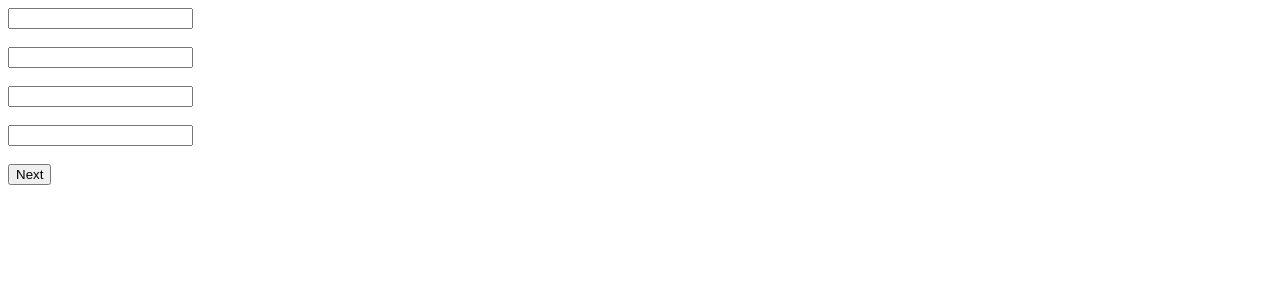
Repository: Yogashree-v-h-27/Ticket_Booking_webApp
Page: Ticket_Booking/WebContent/ticket.html
These files come from the project's save history. The page is drawn as it stood at one moment and after the next save; the edit follows.
The browser window is 1280 px wide. The pictures show the whole page.

Above is the page before, as saved 2021-06-14 11:24:24.

After the next save:
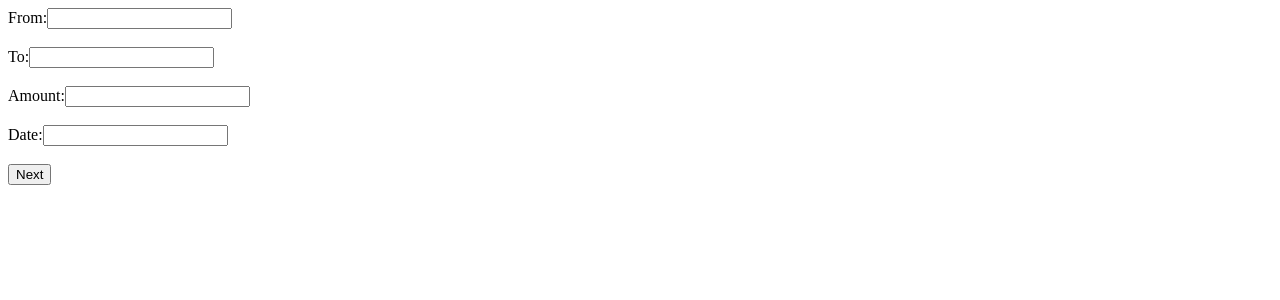
Saved 107 s later.
--- a/Ticket_Booking/WebContent/ticket.html
+++ b/Ticket_Booking/WebContent/ticket.html
@@ -5,10 +5,12 @@
 <title>Ticket Generator</title>
 </head>
 <body>
-<input type="text" name="From_Place"/><br/><br/>
-<input type="text" name="To_Destination"/><br/><br/>
-<input type="text" name="Amount"/><br/><br/>
-<input type="text" name="Date"/><br/><br/>
+<form action="servlet3" method="post">
+From:<input type="text" name="From_Place"/><br/><br/>
+To:<input type="text" name="To_Destination"/><br/><br/>
+Amount:<input type="text" name="Amount"/><br/><br/>
+Date:<input type="text" name="Date"/><br/><br/>
 <input type="button" value="Next"/>
+</form>
 </body>
 </html>
